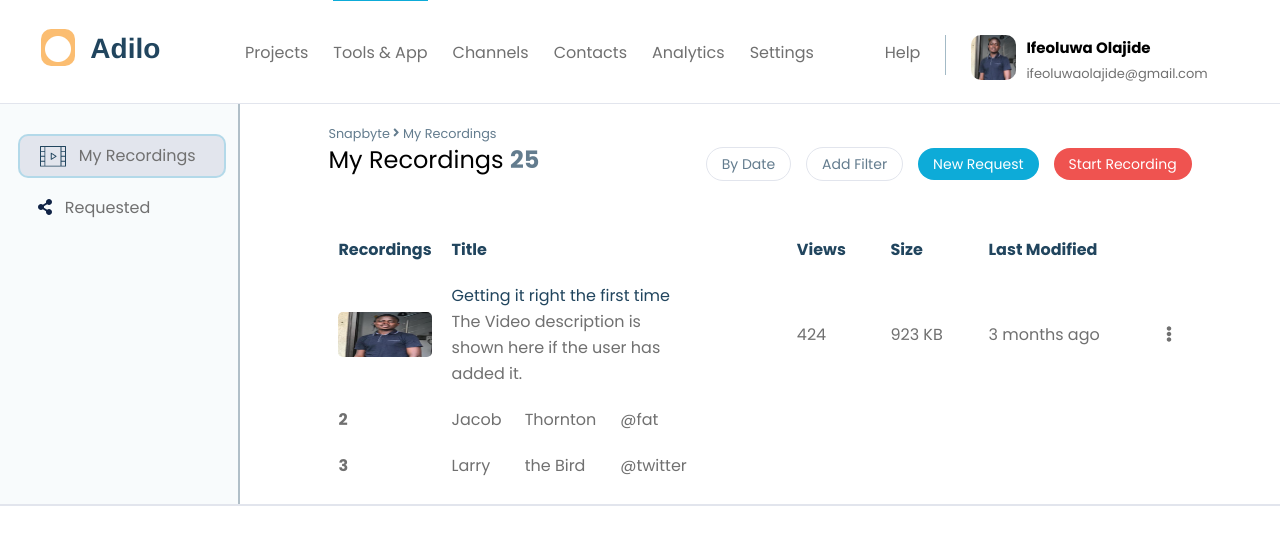
Repository: olhighjay/video_recorder
Page: /
The author's editor kept a copy of each file at every save. The page is drawn from the files as they stood at one save, then again after the next save.
The browser window is 1280 px wide. The pictures show the whole page.
Some web libraries are served in a nearby version. The project was rebuilt for these pictures with package versions that can differ from the ones it lists, and the page was loaded fresh each time. Also part of the build but not shown: vue.config.js.

Above is the page before, as saved 2022-07-29 06:46:22.

After the next save:
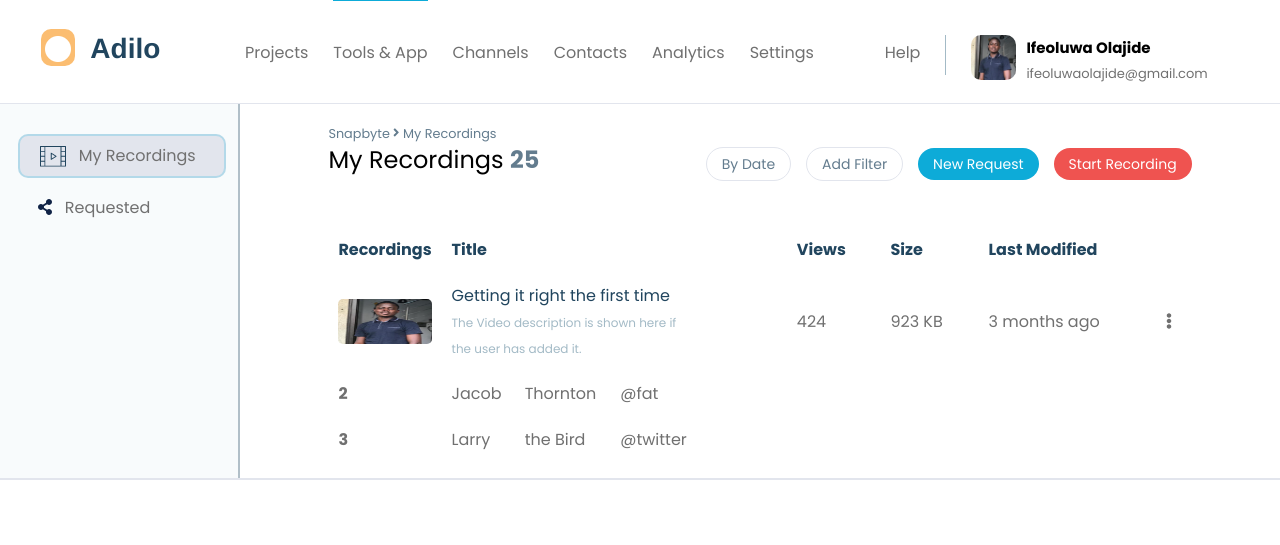
Saved 63 s later.
--- a/src/App.vue
+++ b/src/App.vue
@@ -60,7 +60,7 @@
       </td>
       <td style="width:30%" colspan="3">
         <span class="row-col-txt">Getting it right the first time </span> <br />
-        <span>The Video description is shown here if the user has added it. </span>
+        <span class="row-col-subtxt">The Video description is shown here if the user has added it. </span>
       </td>
       <td style="width:10%">
       </td>
@@ -200,6 +200,12 @@ th, td {
 }
 .row-col-txt {
   color:#21455E
+}
+.row-col-subtxt {
+  text-align: left;
+  font: normal normal normal 12px/18px Poppins;
+  letter-spacing: 0px;
+  color: #A3BAC6;
 }
 
 
